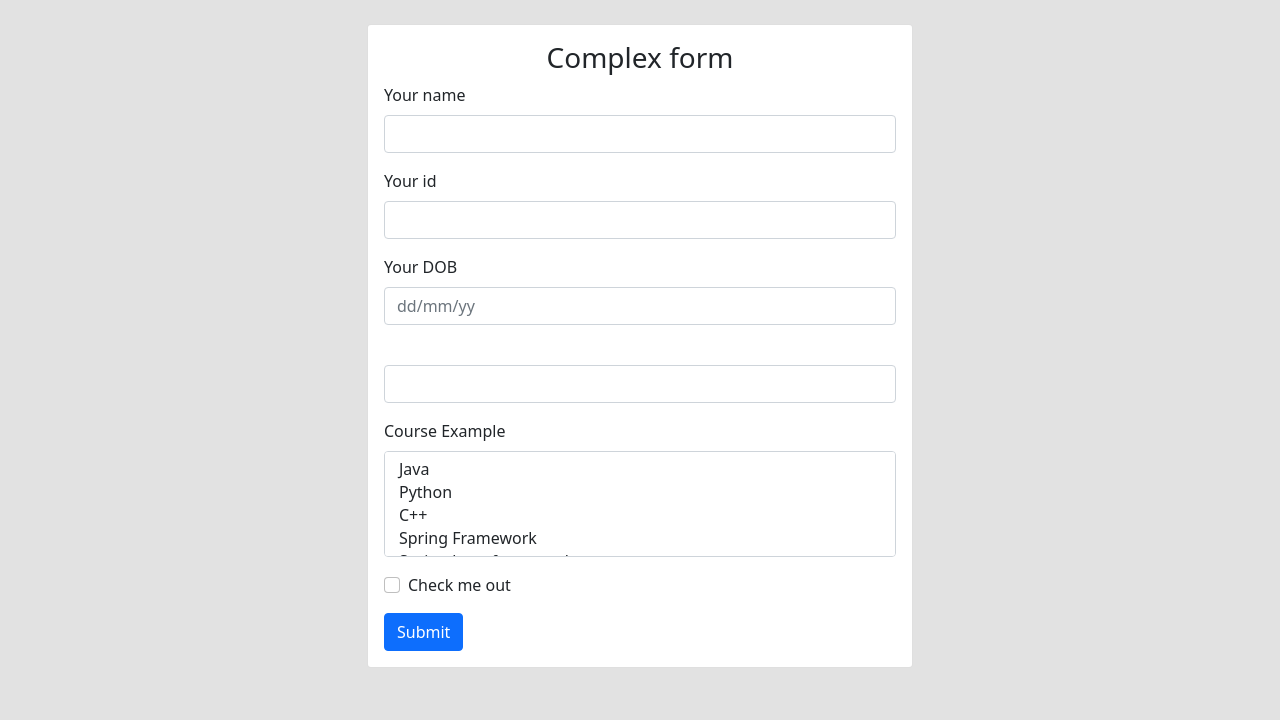
Repository: himanshurai26/Spring-Framewrok-code-
Page: http://localhost/SpringMvcSearch/WEB-INF/views/complex-form.jsp
The author's editor kept a copy of each file at every save. The page is drawn from the files as they stood at one save, then again after the next save.
The browser window is 1280 px wide. The pictures show the whole page.
The page is served by Tomcat 9. Nobody is signed in. The template is opened directly, without the code that normally fills it, so the values that code supplies are empty.

Above is the page before, as saved 2023-07-28 16:43:48.

After the next save:
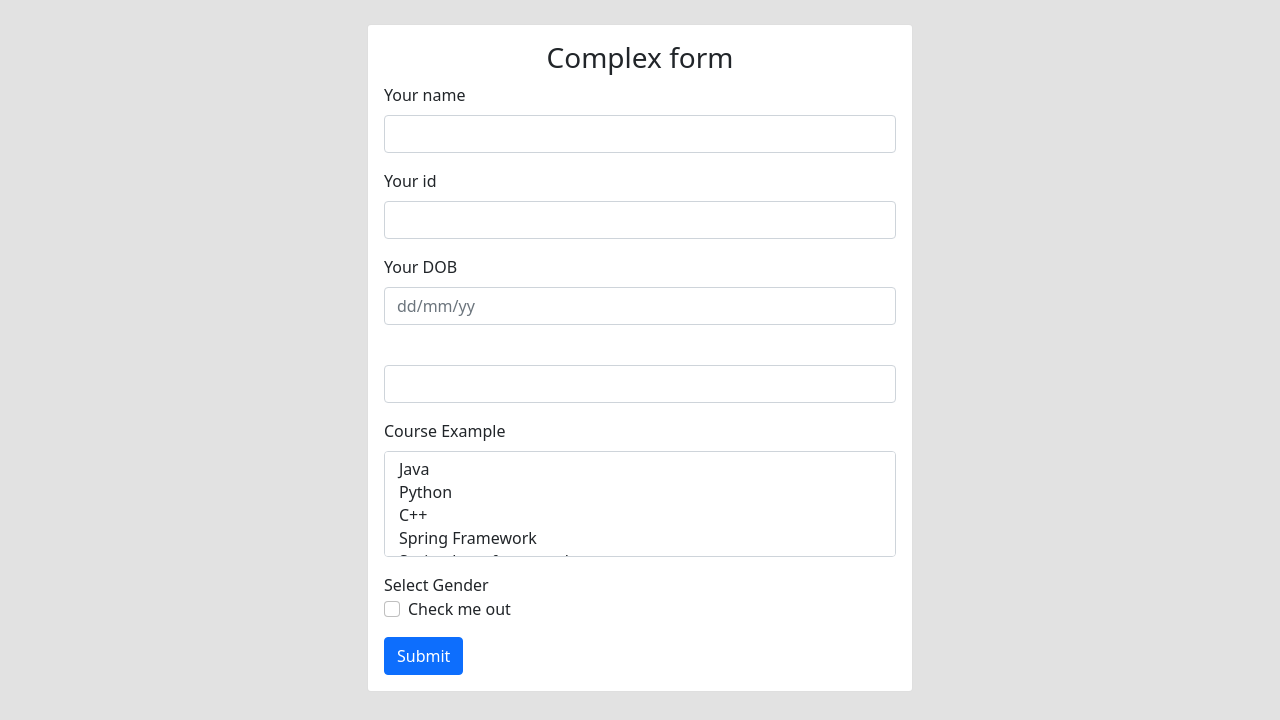
Saved 26 s later.
--- a/SpringMVC/SpringMvcSearch/src/main/webapp/WEB-INF/views/complex-form.jsp
+++ b/SpringMVC/SpringMvcSearch/src/main/webapp/WEB-INF/views/complex-form.jsp
@@ -56,7 +56,7 @@
     </div>
 
     <div class="form-group">
-
+    <span class="mr-3">Select Gender</span>
     </div>
 
   <div class="mb-3 form-check">
